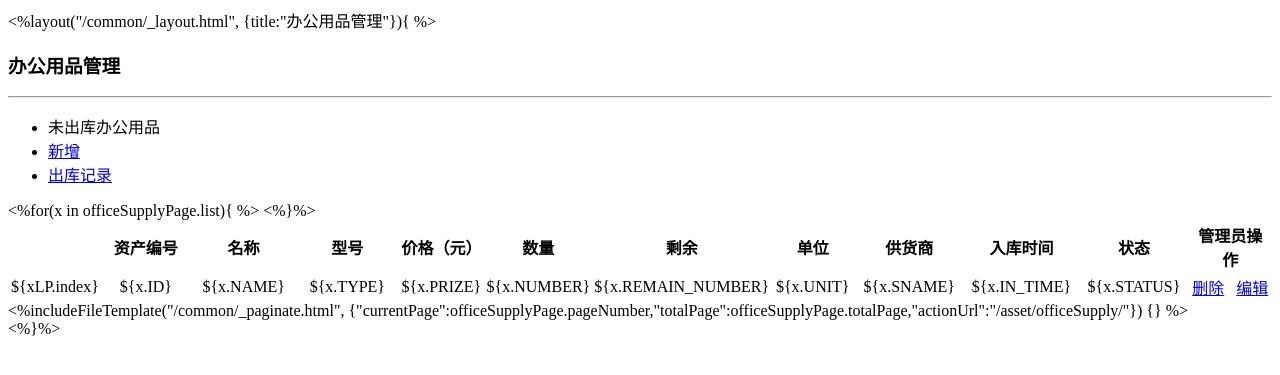
Repository: GaoChengliang/summerTask
Page: Campus_gcl/WebRoot/asset_management/office_supply/office_supply.html
An editor plug-in stored every save of this project. The page is shown before and after the next save, followed by the edit.
The browser window is 1280 px wide. The pictures show the whole page.

Above is the page before, as saved 2015-07-29 08:11:34.

### Campus_gcl/WebRoot/asset_management/office_supply/office_supply.html
<%layout("/common/_layout.html", {title:"办公用品管理"}){ %>
<div>

	<div class="masthead">
			<h3 class="muted">办公用品管理</h3>
	</div>
	<hr/>
    <ul class="breadcrumb">
        <li class="active">未出库办公用品<span class="divier"></span></li>
        <li><a href="/asset/officeSupply/add/${officeSupplyPage.totalPage}">新增</a></li>
        <li class="pull-right"><a href="/asset/officeSupply/outRecord" target="_blank">出库记录</a></li>
    </ul>
    <div>
        <table class="table table-hover">
            <thead>
            <tr>
                <th style="text-align:center; width:5%"></th>
                <th style="text-align:center; width:10%">资产编号</th>
                <th style="text-align:center; width:10%">名称</th>
                <th style="text-align:center; width:10%">型号</th>
                <th style="text-align:center; width:7%">价格（元）</th>
                <th style="text-align:center; width:5%">数量</th>
                <th style="text-align:center; width:5%">剩余</th>
                <th style="text-align:center; width:7%">单位</th>
                <th style="text-align:center; width:10%">供货商</th>
                <th style="text-align:center; width:10%">入库时间</th>
                <th style="text-align:center; width:10%">状态</th>
                <th style="text-align:center; width:15%">管理员操作</th>
            </tr>
            </thead>
			<tbody>
           <%for(x in officeSupplyPage.list){ %>
                <tr>
                    <td style="text-align:center;">${xLP.index}</td>
                    <td style="text-align:center;">${x.ID}</td>
                    <td style="text-align:center;">${x.NAME}</td>
                    <td style="text-align:center;">${x.TYPE}</td>
                    <td style="text-align:center;">${x.PRIZE}</td>
                    <td style="text-align:center;">${x.NUMBER}</td>
                    <td style="text-align:center;">${x.REMAIN_NUMBER}</td>
                    <td style="text-align:center;">${x.UNIT}</td>
                    <td style="text-align:center;">${x.SNAME}</td>
                    <td style="text-align:center;">${x.IN_TIME}</td>
                    <td style="text-align:center;">${x.STATUS}</td>
                    <td style="text-align:center;">
                            <a href="/asset/officeSupply/delete/${x.ID}">删除</a>
                            &nbsp;&nbsp;<a href="/asset/officeSupply/edit/${x.ID}-${officeSupplyPage.pageNumber}">编辑</a>
                    </td>
                </tr>
            <%}%>
            </tbody>
        </table>
       	<%includeFileTemplate("/common/_paginate.html",
		{"currentPage":officeSupplyPage.pageNumber,"totalPage":officeSupplyPage.totalPage,"actionUrl":"/asset/officeSupply/"}) {}
	    %>
    </div>
</div>
<%}%>

After the next save:
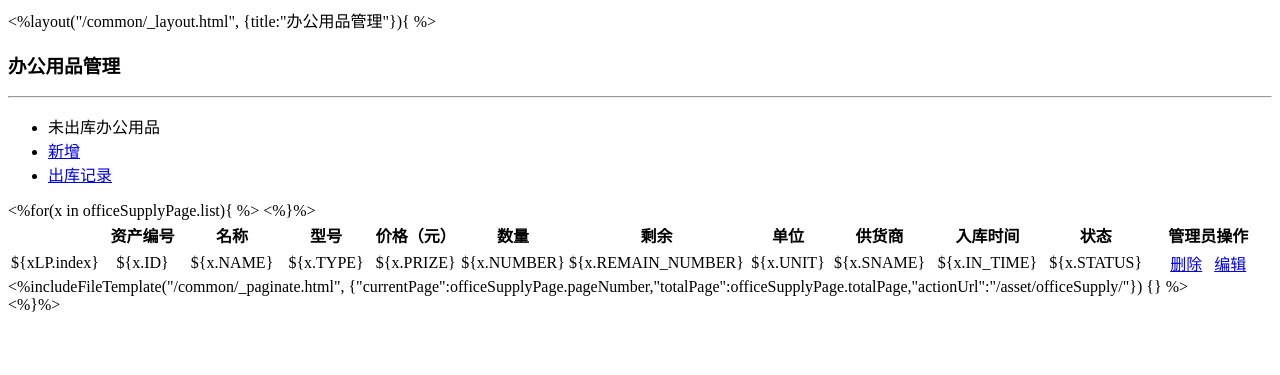
Saved 81 s later.
--- a/Campus_gcl/WebRoot/asset_management/office_supply/office_supply.html
+++ b/Campus_gcl/WebRoot/asset_management/office_supply/office_supply.html
@@ -15,16 +15,16 @@
             <thead>
             <tr>
                 <th style="text-align:center; width:5%"></th>
-                <th style="text-align:center; width:10%">资产编号</th>
-                <th style="text-align:center; width:10%">名称</th>
-                <th style="text-align:center; width:10%">型号</th>
+                <th style="text-align:center; width:8%">资产编号</th>
+                <th style="text-align:center; width:8%">名称</th>
+                <th style="text-align:center; width:8%">型号</th>
                 <th style="text-align:center; width:7%">价格（元）</th>
                 <th style="text-align:center; width:5%">数量</th>
                 <th style="text-align:center; width:5%">剩余</th>
                 <th style="text-align:center; width:7%">单位</th>
-                <th style="text-align:center; width:10%">供货商</th>
+                <th style="text-align:center; width:8%">供货商</th>
                 <th style="text-align:center; width:10%">入库时间</th>
-                <th style="text-align:center; width:10%">状态</th>
+                <th style="text-align:center; width:8%">状态</th>
                 <th style="text-align:center; width:15%">管理员操作</th>
             </tr>
             </thead>
